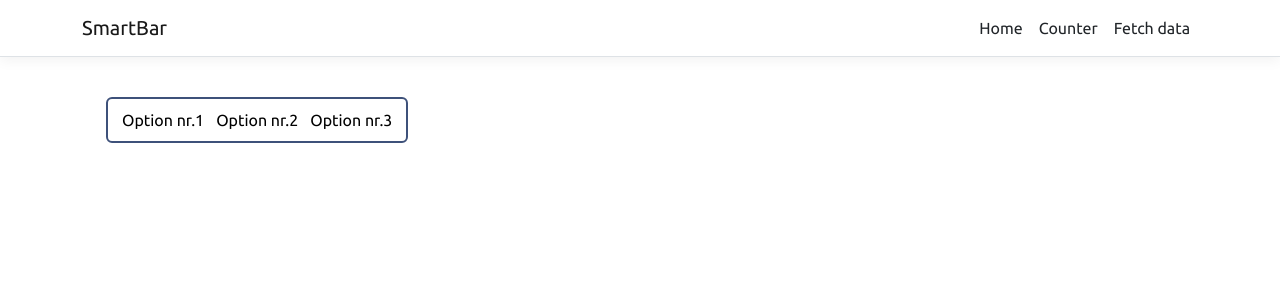
Repository: dropauteriai/SmartBarFrontEnd
Page: /
These files come from the project's save history. The page is drawn as it stood at one moment and after the next save; the edit follows.
The browser window is 1280 px wide. The pictures show the whole page.
The page's requests for data from a server got no answer. The project was rebuilt for these pictures with package versions that can differ from the ones it lists, and the page was loaded fresh each time. No one was signed in, and anything a server would have sent is missing. Also part of the build but not shown: src/components/Counter.js, src/components/FetchData.js, src/components/Card.js, src/components/SideBar.js.

Above is the page before, as saved 2023-02-14 05:55:42.

### public/index.html
<!DOCTYPE html>
<html lang="en">
  <head>
    <meta charset="utf-8" />
    <meta
      name="viewport"
      content="width=device-width, initial-scale=1, shrink-to-fit=no"
    />
    <meta name="theme-color" content="#000000" />
    <base href="%PUBLIC_URL%/" />
    <!--
      manifest.json provides metadata used when your web app is added to the
      homescreen on Android. See https://developers.google.com/web/fundamentals/engage-and-retain/web-app-manifest/
    -->
    <link rel="manifest" href="%PUBLIC_URL%/manifest.json" />
    <link rel="shortcut icon" href="%PUBLIC_URL%/favicon.ico" />
    <link
      href="https://fonts.googleapis.com/css2?family=Ubuntu:ital,wght@0,300;0,400;0,500;0,700;1,300;1,400;1,500;1,700&display=swap"
      rel="stylesheet"
    />

    <!--
      Notice the use of %PUBLIC_URL% in the tags above.
      It will be replaced with the URL of the `public` folder during the build.
      Only files inside the `public` folder can be referenced from the HTML.

      Unlike "/favicon.ico" or "favicon.ico", "%PUBLIC_URL%/favicon.ico" will
      work correctly both with client-side routing and a non-root public URL.
      Learn how to configure a non-root public URL by running `npm run build`.
    -->
    <link
      rel="stylesheet"
      href="https://cdnjs.cloudflare.com/ajax/libs/font-awesome/6.2.1/css/all.min.css"
      integrity="sha512-MV7K8+y+gLIBoVD59lQIYicR65iaqukzvf/nwasF0nqhPay5w/9lJmVM2hMDcnK1OnMGCdVK+iQrJ7lzPJQd1w=="
      crossorigin="anonymous"
      referrerpolicy="no-referrer"
    />
    <title>SmartBar</title>
  </head>
  <body>
    <noscript> You need to enable JavaScript to run this app. </noscript>
    <div id="root"></div>
    <!--
      This HTML file is a template.
      If you open it directly in the browser, you will see an empty page.

      You can add webfonts, meta tags, or analytics to this file.
      The build step will place the bundled scripts into the <body> tag.

      To begin the development, run `npm start` or `yarn start`.
      To create a production bundle, use `npm run build` or `yarn build`.
    -->
  </body>
</html>

### src/index.js
import 'bootstrap/dist/css/bootstrap.css';
import React from 'react';
import { createRoot } from 'react-dom/client';
import { BrowserRouter } from 'react-router-dom';
import App from './App';
//import * as serviceWorkerRegistration from './serviceWorkerRegistration';
import reportWebVitals from './reportWebVitals';

const baseUrl = document.getElementsByTagName('base')[0].getAttribute('href');
const rootElement = document.getElementById('root');
const root = createRoot(rootElement);

root.render(
  <BrowserRouter basename={baseUrl}>
    <App />
  </BrowserRouter>);

// If you want your app to work offline and load faster, you can change
// unregister() to register() below. Note this comes with some pitfalls.
// Learn more about service workers: https://cra.link/PWA
//serviceWorkerRegistration.unregister();

// If you want to start measuring performance in your app, pass a function
// to log results (for example: reportWebVitals(console.log))
// or send to an analytics endpoint. Learn more: https://bit.ly/CRA-vitals
reportWebVitals();

### src/App.js
import React, { Component } from 'react';
import { Route, Routes } from 'react-router-dom';
import AppRoutes from './AppRoutes';
import { Layout } from './components/Layout';
import './custom.css';
import './css/bootstrap.css';

export default class App extends Component {
  static displayName = App.name;

  render() {
    return (
      <Layout>
        <Routes>
          {AppRoutes.map((route, index) => {
            const { element, ...rest } = route;
            return <Route key={index} {...rest} element={element} />;
          })}
        </Routes>
      </Layout>
    );
  }
}

### src/custom.css
/* Provide sufficient contrast against white background */
* {
  font-family: "Ubuntu", sans-serif;
}

### src/components/Home.js
import React, { Component } from "react";
import { Container, Col } from "react-bootstrap";
import Card from "./Card.js";
import SideBar from "./SideBar.js";
import Row from "react-bootstrap/Row";
import Popup from "./Popup.js";

export class Home extends Component {
  static displayName = Home.name;

  constructor(props) {
    super(props);
    this.state = { tables: [], loading: true };
  }

  componentDidMount() {
    this.populateTableData();
  }

  static renderTableList(tables) {
    return (
      <Row xs={1} md={2}>
        {tables.map((table, index, tables) => {
          <Card name={table.name} id={table.id} />;
        })}
      </Row>
    );
  }
  render() {
    // let contents = this.state.loading ? (
    //   <p>
    //     <em>Loading...</em>
    //   </p>
    // ) : (
    //   (contents = this.renderTableList(this.state.tables))
    // );
    let contents;
    if (this.state.loading) {
      contents = (
        <p>
          <em>Loading...</em>
        </p>
      );
    } else {
      contents = Home.renderTableList(this.state.tables);
      console.log(contents);
    }

    return (
      <div className="row p-4">
        {this.state.tables.map((table, index) => (
          <Card name={table.name} />
        ))}
        <Popup/>
      </div>
    );
  }

  async populateTableData() {
    const response = await fetch("https://localhost:5001/Table");
    const data = await response.json();
    this.setState({ tables: data, loading: false });
  }
}

### src/components/NavMenu.js
import React, { Component } from 'react';
import { Collapse, Navbar, NavbarBrand, NavbarToggler, NavItem, NavLink } from 'reactstrap';
import { Link } from 'react-router-dom';
import './NavMenu.css';

export class NavMenu extends Component {
  static displayName = NavMenu.name;

  constructor (props) {
    super(props);

    this.toggleNavbar = this.toggleNavbar.bind(this);
    this.state = {
      collapsed: true
    };
  }

  toggleNavbar () {
    this.setState({
      collapsed: !this.state.collapsed
    });
  }

  render() {
    return (
      <header>
        <Navbar className="navbar-expand-sm navbar-toggleable-sm ng-white border-bottom box-shadow mb-3" container light>
          <NavbarBrand tag={Link} to="/">SmartBar</NavbarBrand>
          <NavbarToggler onClick={this.toggleNavbar} className="mr-2" />
          <Collapse className="d-sm-inline-flex flex-sm-row-reverse" isOpen={!this.state.collapsed} navbar>
            <ul className="navbar-nav flex-grow">
              <NavItem>
                <NavLink tag={Link} className="text-dark" to="/">Home</NavLink>
              </NavItem>
              <NavItem>
                <NavLink tag={Link} className="text-dark" to="/counter">Counter</NavLink>
              </NavItem>
              <NavItem>
                <NavLink tag={Link} className="text-dark" to="/fetch-data">Fetch data</NavLink>
              </NavItem>
            </ul>
          </Collapse>
        </Navbar>
      </header>
    );
  }
}

### src/components/Popup.js
import React from "react";

export default function Popup() {
  return (
    <div className="d-inline-flex">
      <div className="p-2 align-items-center justify-content-center border border-2 border-secondary rounded">
        <button className="border-0 align-items-center justify-content-center bg-white fw-6">
          Option nr.1
        </button>
        <button className="border-0 align-items-center justify-content-center bg-white">
          Option nr.2
        </button>
        <button className="border-0 align-items-center justify-content-center bg-white">
          Option nr.3
        </button>
      </div>
    </div>
  );
}

Loaded but not shown: src/reportWebVitals.js (common file); src/AppRoutes.js (common file); src/components/Layout.js (common file); src/css/bootstrap.css (library); src/components/NavMenu.css (common file)

After the next save:
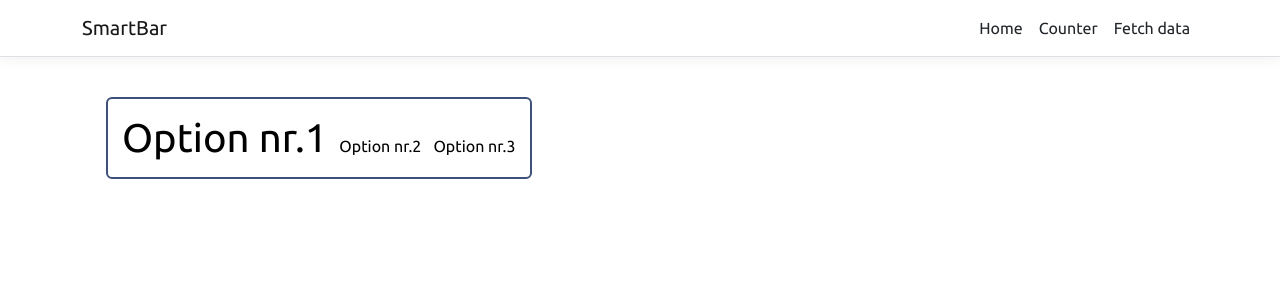
Saved 29 s later.
--- a/src/components/Popup.js
+++ b/src/components/Popup.js
@@ -4,7 +4,7 @@
   return (
     <div className="d-inline-flex">
       <div className="p-2 align-items-center justify-content-center border border-2 border-secondary rounded">
-        <button className="border-0 align-items-center justify-content-center bg-white fw-6">
+        <button className="border-0 align-items-center justify-content-center bg-white fs-1">
           Option nr.1
         </button>
         <button className="border-0 align-items-center justify-content-center bg-white">

After the save that followed:
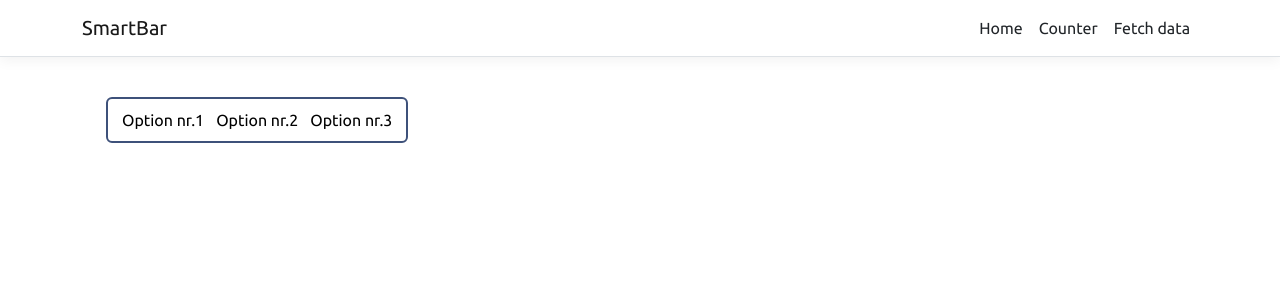
Saved 5 s later.
--- a/src/components/Popup.js
+++ b/src/components/Popup.js
@@ -4,7 +4,7 @@
   return (
     <div className="d-inline-flex">
       <div className="p-2 align-items-center justify-content-center border border-2 border-secondary rounded">
-        <button className="border-0 align-items-center justify-content-center bg-white fs-1">
+        <button className="border-0 align-items-center justify-content-center bg-white fs-6">
           Option nr.1
         </button>
         <button className="border-0 align-items-center justify-content-center bg-white">
